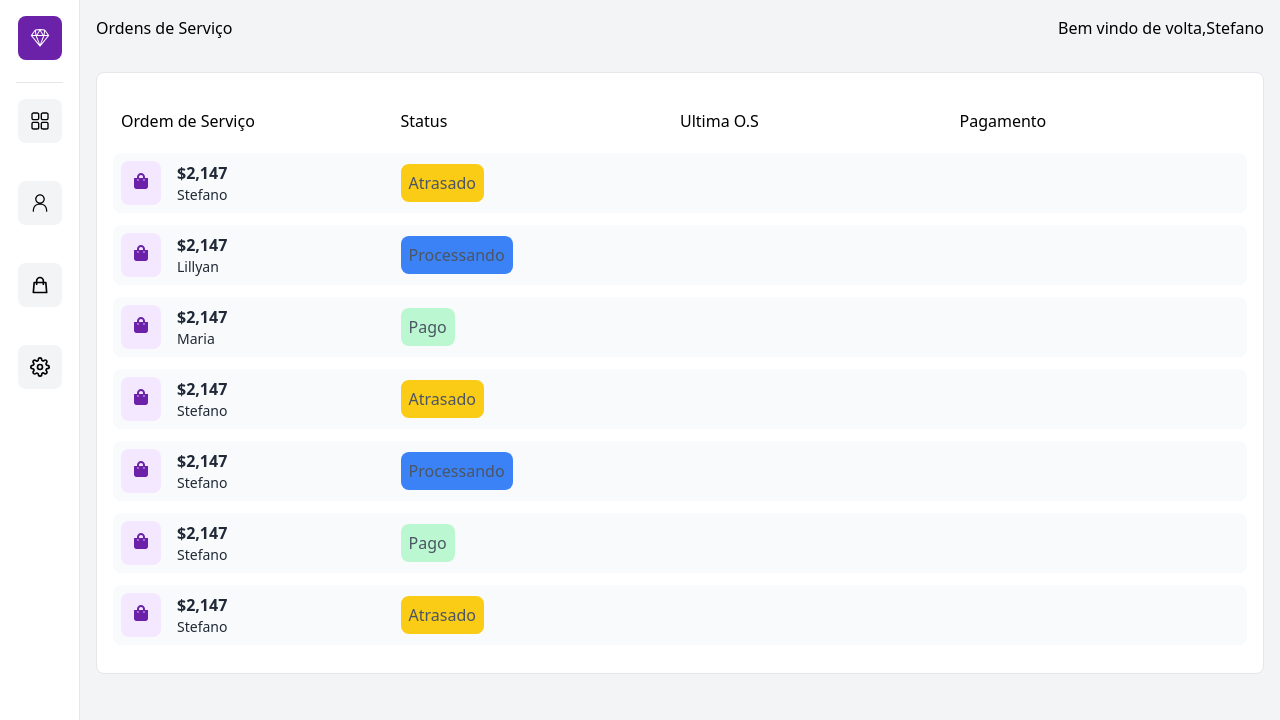
Repository: stefanosousaa/dashboard-next13
Page: /orders
An editor plug-in stored every save of this project. The page is shown before and after the next save, followed by the edit.
The browser window is 1280 px wide. The pictures show the whole page.
The project was rebuilt for these pictures with package versions that can differ from the ones it lists, and the page was loaded fresh each time. The framework's server and built-in components were replaced by stand-ins that run in the browser. Also part of the build but not shown: next.config.js.

Above is the page before, as saved 2023-05-18 18:53:33.

### pages/_app.js
import Sidebar from '@/components/Sidebar'
import '@/styles/globals.css'

export default function App({ Component, pageProps }) {
  return (
    <Sidebar>
        <Component {...pageProps} />
    </Sidebar>

  )
}

### pages/orders.jsx
import React from 'react'
import { FaShoppingBag } from 'react-icons/fa'
import {data} from '../data/data.js'

const orders = () => {
  return (
    <div className='bg-gray-100 min-h-screen'>
        <div className='flex justify-between p-4'>
            <h2>Ordens de Serviço</h2>
            <h2>Bem vindo de volta,Stefano</h2>
        </div>
        <div className='p-4'>
            <div className='w-full m-auto p-4 border rounded-lg bg-white overflow-y-auto'>
              <div className='my-3 p-2 grid md:grid-cols-4 sm:grid-cols-3 grid-cols-2 items-center justify-between cursor-pointer'>
                <span>Ordem de Serviço</span>
                <span className='sm:text-left text-right'>Status</span>
                <span className='hidden md:grid'>Ultima O.S</span>
                <span className='hidden sm:grid'>Pagamento</span>
              </div>
              <ul>
                {data.map((order,id) => (
        <li
            key={id}
            className='bg-gray-50 hover:bg-gray-100 rounded-lg my-3 p-2 grid md:grid-cols-4 sm:grid-cols-3 grid-cols-2 items-center justify-between cursor-pointer'>
                      <div className='flex'>
                          <div className='bg-purple-100 p-3 rounded-lg'>
                             <FaShoppingBag className='text-purple-800'/>
                           </div>
                        <div className='pl-4'>
                            <p className='text-gray-800 font-bold'>${order.total.toLocaleString()}</p>
                            <p className='text-gray-800 text-sm'>{order.name.first}</p>
                        </div>

                        </div>
                        <p className='text-gray-600 sm:text-left text-right'>
                            <span className={
                                order.status == 'Pago'
                                ? 'bg-green-200 p-2 rounded-lg'
                                : order.status == 'Atrasado'
                                ? 'bg-yellow-400 p-2 rounded-lg'
                                : 'bg-blue-500 p-2 rounded-lg'
                            }
                            >{order.status}</span>
                        </p>


        </li>
                ))}
              </ul>
            </div>
        </div>
    </div>
  )
}

export default orders

### components/Sidebar.jsx
import Link from 'next/link'
import Image from 'next/image'
import React from 'react'
import {RxSketchLogo,RxDashboard, RxPerson} from 'react-icons/rx'
import {FiSettings} from 'react-icons/fi'
import {HiOutlineShoppingBag} from 'react-icons/hi'

const Sidebar = ({children}) => {
  return (
    <div className='flex'>
        <div className='fixed w-20 h-screen p-4 bg-white border-r-[1px] flex flex-col justify-between'>
        <div className='flex flex-col items-center'>

          <Link href='/'>
            <div className='bg-purple-800 text-white p-3 rounded-lg inline-block'>
              <RxSketchLogo size={20}/>
            </div>
          </Link>
          <span className='border-b-[1px] border-gray-200 w-full p-2'></span>
          <Link href='/'>
            <div className='bg-gray-100 hover:bg-gray-200 cursor-pointer my-4 p-3 rounded-lg inline-block'>
              <RxDashboard size={20}/>
            </div>
          </Link>
          <Link href='/costumers'>
            <div className='bg-gray-100 hover:bg-gray-200 cursor-pointer my-4 p-3 rounded-lg inline-block'>
              <RxPerson size={20}/>
            </div>
          </Link>
          <Link href='/orders'>
            <div className='bg-gray-100 hover:bg-gray-200 cursor-pointer my-4 p-3 rounded-lg inline-block'>
              <HiOutlineShoppingBag size={20}/>
            </div>
          </Link>
          <Link href='/'>
            <div className='bg-gray-100 hover:bg-gray-200 cursor-pointer my-4 p-3 rounded-lg inline-block'>
              <FiSettings size={20}/>
            </div>
          </Link>
        </div>
        </div>

        <main className='ml-20 w-full'>{children}</main>
    </div>
  )
}

export default Sidebar

### data/data.js
export const data = [
    {
        id:1,
        name: {
            first: 'Stefano',
            last: 'Sousa',
        },
        total: 2147.00,
        status: 'Atrasado',
        method: 'PayPal',
        date: '15 minutos atrás',
    },
    {
        id:2,
        name: {
            first: 'Lillyan',
            last: 'Lima',
        },
        total: 2147.00,
        status: 'Processando',
        method: 'PayPal',
        date: '15 minutos atrás',
    },
    {
        id:3,
        name: {
            first: 'Maria',
            last: 'José',
        },
        total: 2147.00,
        status: 'Pago',
        method: 'PayPal',
        date: '15 minutos atrás',
    },
    {
        id:4,
        name: {
            first: 'Stefano',
            last: 'Sousa',
        },
        total: 2147.00,
        status: 'Atrasado',
        method: 'PayPal',
        date: '20 minutos atrás',
    },
    {
        id:5,
        name: {
            first: 'Stefano',
            last: 'Sousa',
        },
        total: 2147.00,
        status: 'Processando',
        method: 'PayPal',
        date: '45 minutos atrás',
    },
    {
        id:6,
        name: {
            first: 'Stefano',
            last: 'Sousa',
        },
        total: 2147.00,
        status: 'Pago',
        method: 'PayPal',
        date: '5 minutos atrás',
    },
    {
        id:7,
        name: {
            first: 'Stefano',
            last: 'Sousa',
        },
        total: 2147.00,
        status: 'Atrasado',
        method: 'PayPal',
        date: '55 minutos atrás',
    },
]

Loaded but not shown: pages/_document.js (common file); pages/api/hello.js (common file); styles/globals.css (common file); tailwind.config.js (common file)

After the next save:
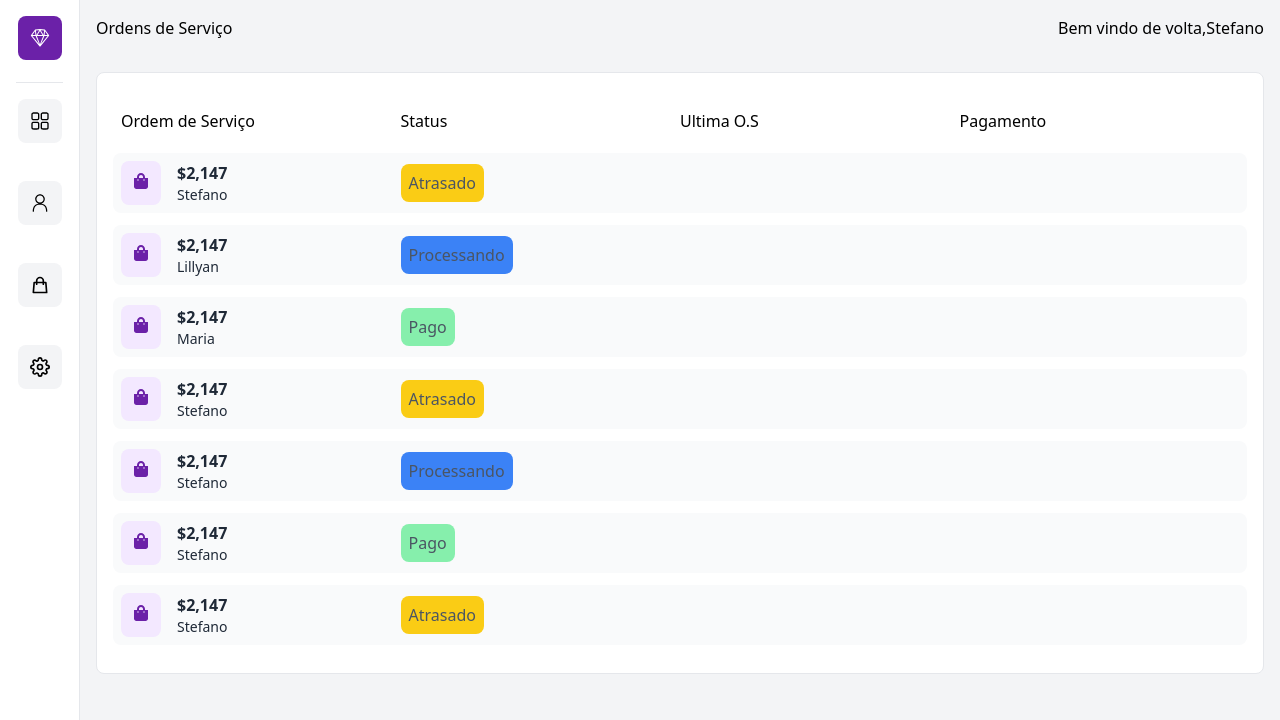
Saved 34 s later.
--- a/pages/orders.jsx
+++ b/pages/orders.jsx
@@ -35,7 +35,7 @@ const orders = () => {
                         <p className='text-gray-600 sm:text-left text-right'>
                             <span className={
                                 order.status == 'Pago'
-                                ? 'bg-green-200 p-2 rounded-lg'
+                                ? 'bg-green-300 p-2 rounded-lg'
                                 : order.status == 'Atrasado'
                                 ? 'bg-yellow-400 p-2 rounded-lg'
                                 : 'bg-blue-500 p-2 rounded-lg'
